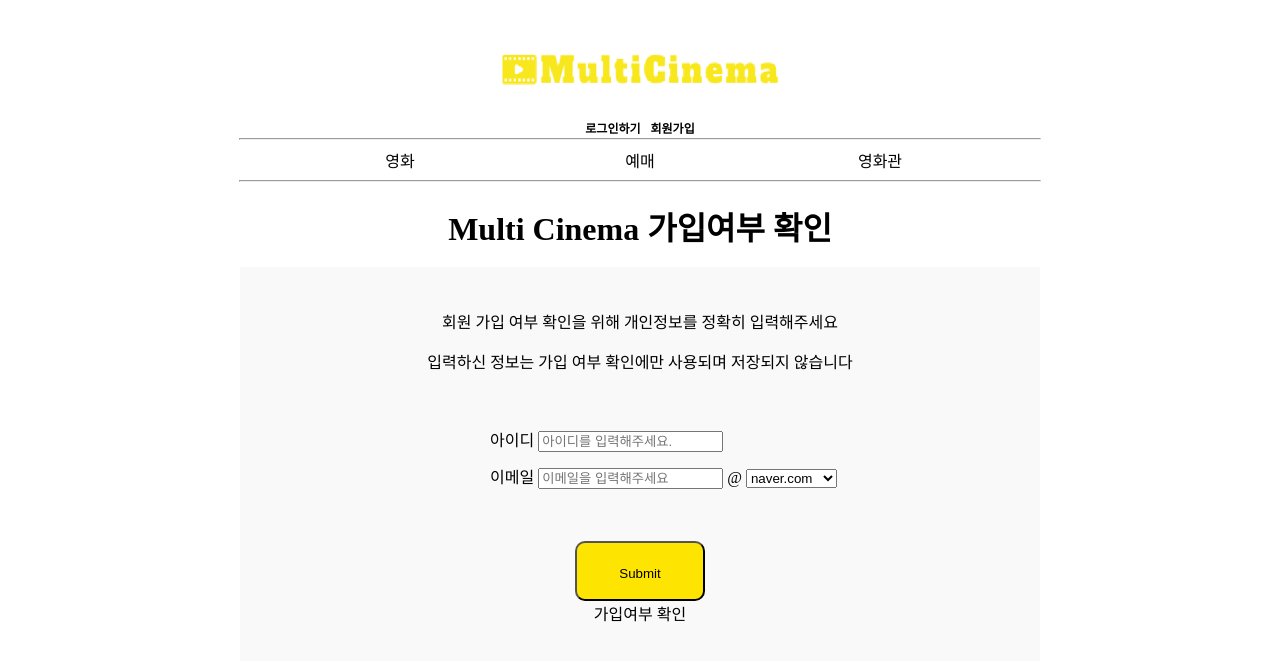
Repository: 23-MultiCampus-17-MiniProject/FrontEnd
Page: http://localhost/com.mc.multicinema/WEB-INF/views/member_check.jsp
These files come from the project's save history. The page is drawn as it stood at one moment and after the next save; the edit follows.
The browser window is 1280 px wide. The pictures show the whole page.
The page is served by Tomcat 9. Nobody is signed in. The template is opened directly, without the code that normally fills it, so the values that code supplies are empty.

Above is the page before, as saved 2023-12-07 02:25:35.
Not found: com.mc.multicinema/com.mc.multicinema/WEB-INF/views/resources/js/join_confirm.js

After the next save:
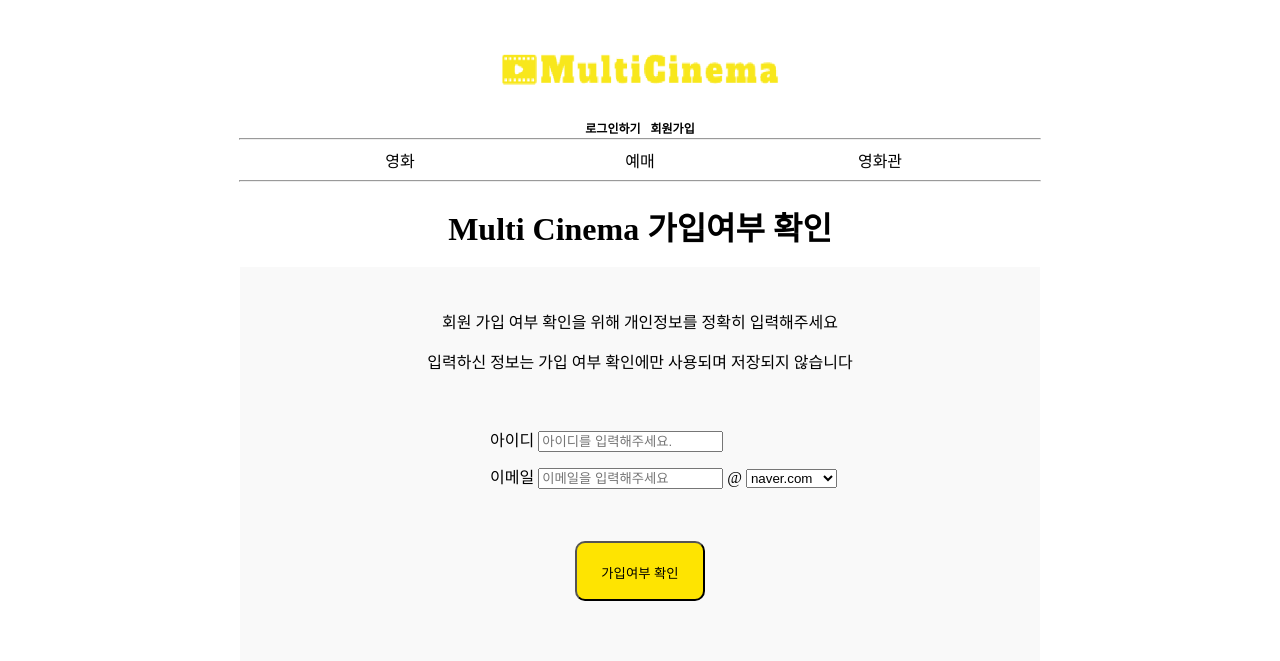
Saved 22 s later.
--- a/com.mc.multicinema/src/main/webapp/WEB-INF/views/member_check.jsp
+++ b/com.mc.multicinema/src/main/webapp/WEB-INF/views/member_check.jsp
@@ -64,7 +64,7 @@
 				</div>
 
 				<div id="btn_confirm_wrap">
-					<input type="submit" id="btn_confirm"><div>가입여부 확인</div></a>
+					<input type="submit" id="btn_confirm" value="가입여부 확인">
 				</div>
 			</div>
 		</div>
